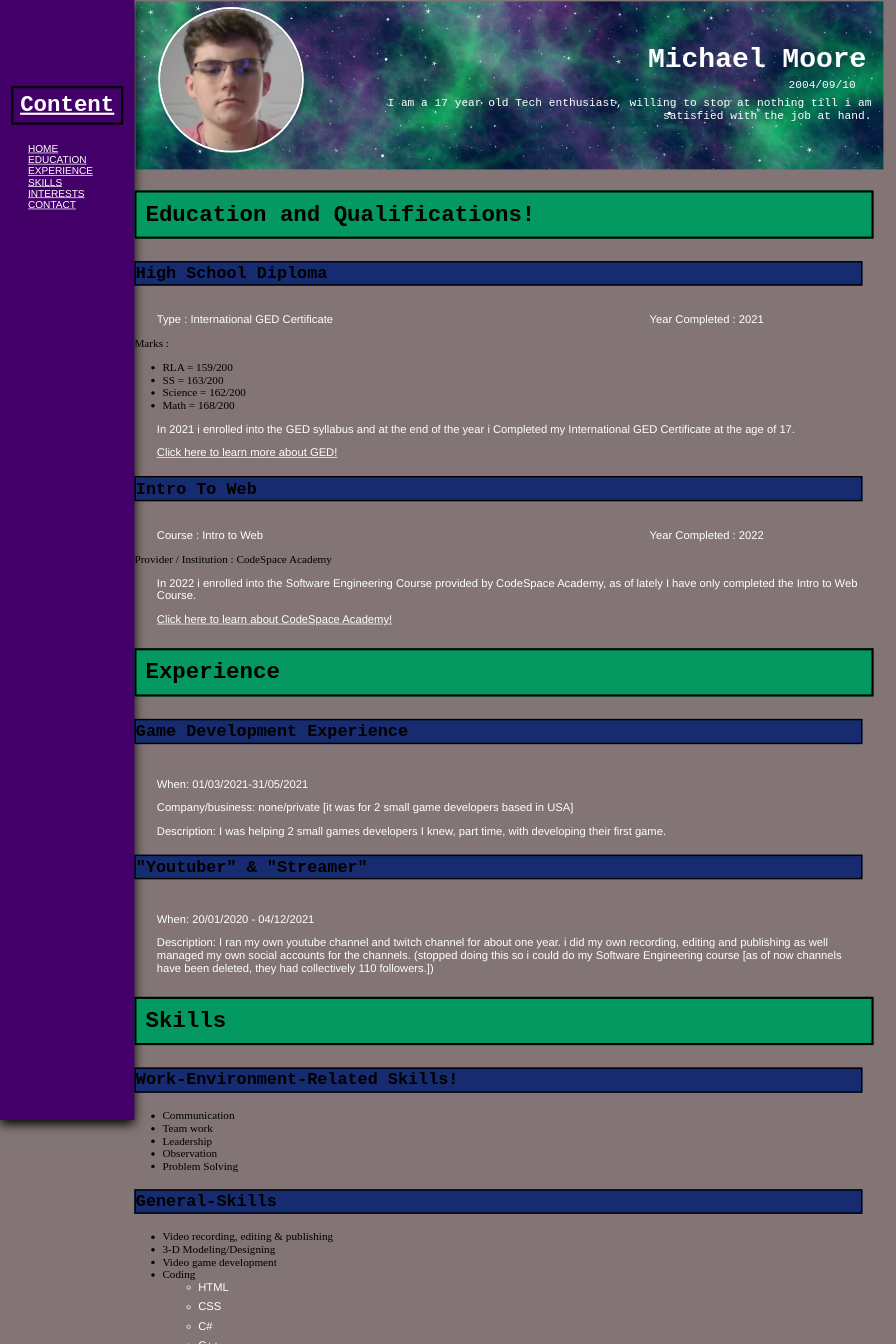
Repository: MikeMoore55/MichaelMooreResumeProject
Page: Resume.html
The author's editor kept a copy of each file at every save. The page is drawn from the files as they stood at one save, then again after the next save.
The browser window is 1280 px wide. The pictures show the part of the page from y = 0 to 1920 px (the page is 2962 px tall), at 70% of full size.

Above is the page before, as saved 2022-02-15 09:51:40.

After the next save:
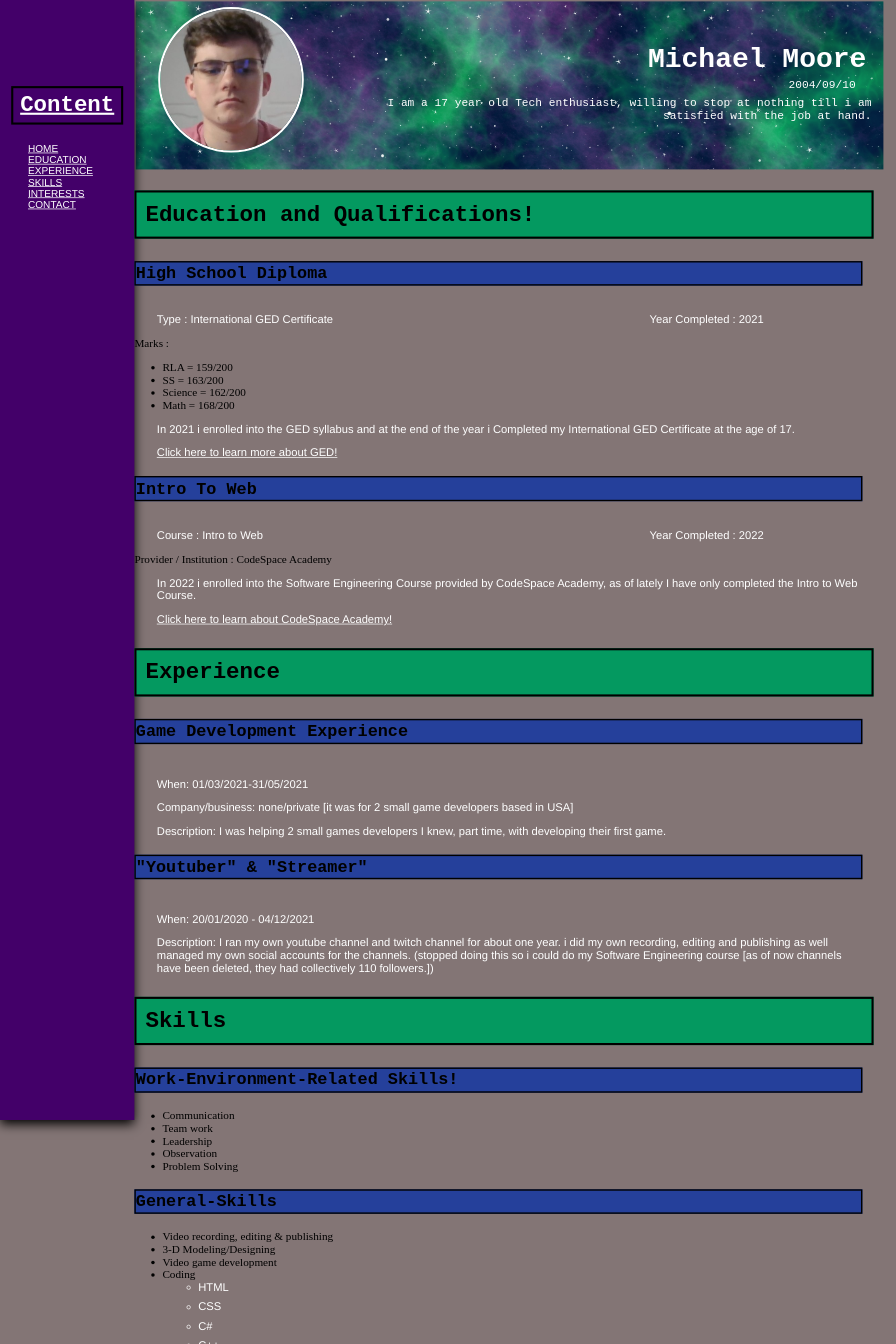
Saved 21 min 16 s later.
--- a/css/stylesheet.css
+++ b/css/stylesheet.css
@@ -183,7 +183,7 @@ h3{
 /* h4= content sub heading */
 
 h4{
-    background-color: rgb(23, 44, 112);
+    background-color: rgb(37, 64, 155);
     margin: 1em 2em 1em 0;
     padding: .1em 0em .1em 0em;
     border: solid .1em black;
